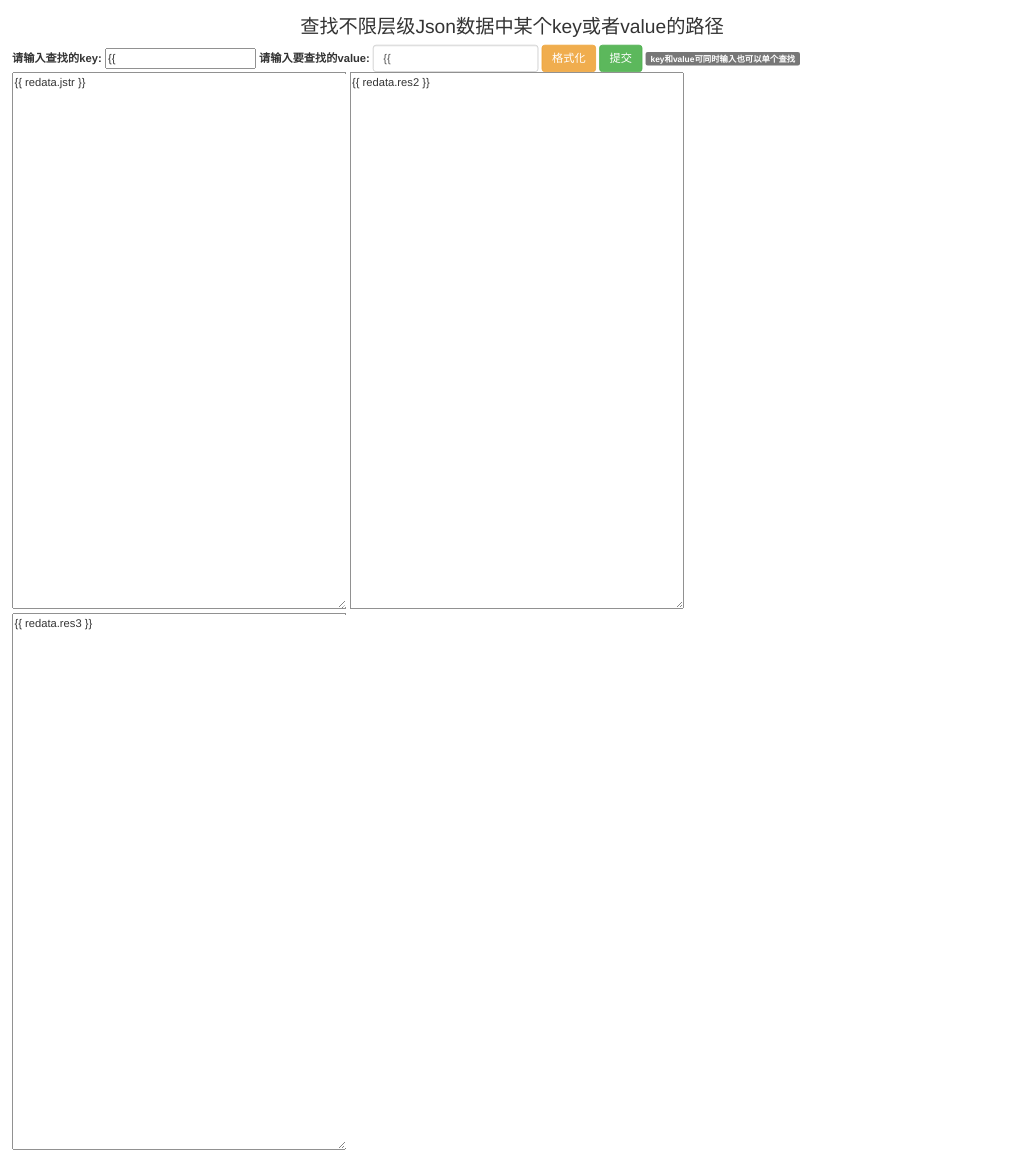
Repository: wangyanqing666/study
Page: other.html
The author's editor kept a copy of each file at every save. The page is drawn from the files as they stood at one save, then again after the next save.
The browser window is 1280 px wide. The pictures show the whole page, at 80% of full size.
Some web libraries are served in a nearby version.

Above is the page before, as saved 2020-12-03 11:19:47.

### other.html
<!DOCTYPE html>
<html lang="en">

<head>

    <head>

        <meta charset="UTF-8">
        <meta name="viewport" content="width=device-width, initial-scale=1,maximum-scale=1, user-scalable=no">
        <title>jean同步配置</title>
        <link rel="stylesheet" href="https://cdn.staticfile.org/twitter-bootstrap/3.3.7/css/bootstrap.min.css">
        <script src="https://cdn.staticfile.org/jquery/2.1.1/jquery.min.js"></script>
        <script src="https://cdn.staticfile.org/twitter-bootstrap/3.3.7/js/bootstrap.min.js"></script>
    </head>

<body>
    <h3 class="text-center">查找不限层级Json数据中某个key或者value的路径</h3>

    <div class="container-fluid">

        <form class="form-inline" action="/formit" method="POST">

            <div class="form-group">
                <label>请输入查找的key: </label>

                <input class="form-group" type="text" id="key" name="key" value={{ redata.key }}>
            </div>

            <div class="form-group">
                <label>请输入要查找的value: </label>
                <input class="form-control" type="text" id="key1" name="key1" value={{ redata.value }}>
                <button type="button" class="btn btn-warning" id="formatting" onclick="beautify();">格式化</button>
                <input type="submit" class="btn btn-success" value="提交">
                <span class="label label-default">key和value可同时输入也可以单个查找</span>



            </div>


            <div class="form-group">

                <textarea class="column " style="height: 671px; width: 418px;" id="editor1"
                    placeholder="给一个JSON字符串，然后会自动格式化" spellcheck="false" name="jstr">{{ redata.jstr }}</textarea>
                <textarea id="editor2" style="height: 671px; width: 418px;" class="clumn " placeholder="key值"
                    name="jstr1">{{ redata.res2 }}</textarea>
                <textarea id="editor3" style="height: 671px; width: 418px;" class="clumn " placeholder="value值"
                    name="jstr2">{{ redata.res3 }}</textarea>
            </div>


        </form>
    </div>









</body>

</html>

After the next save:
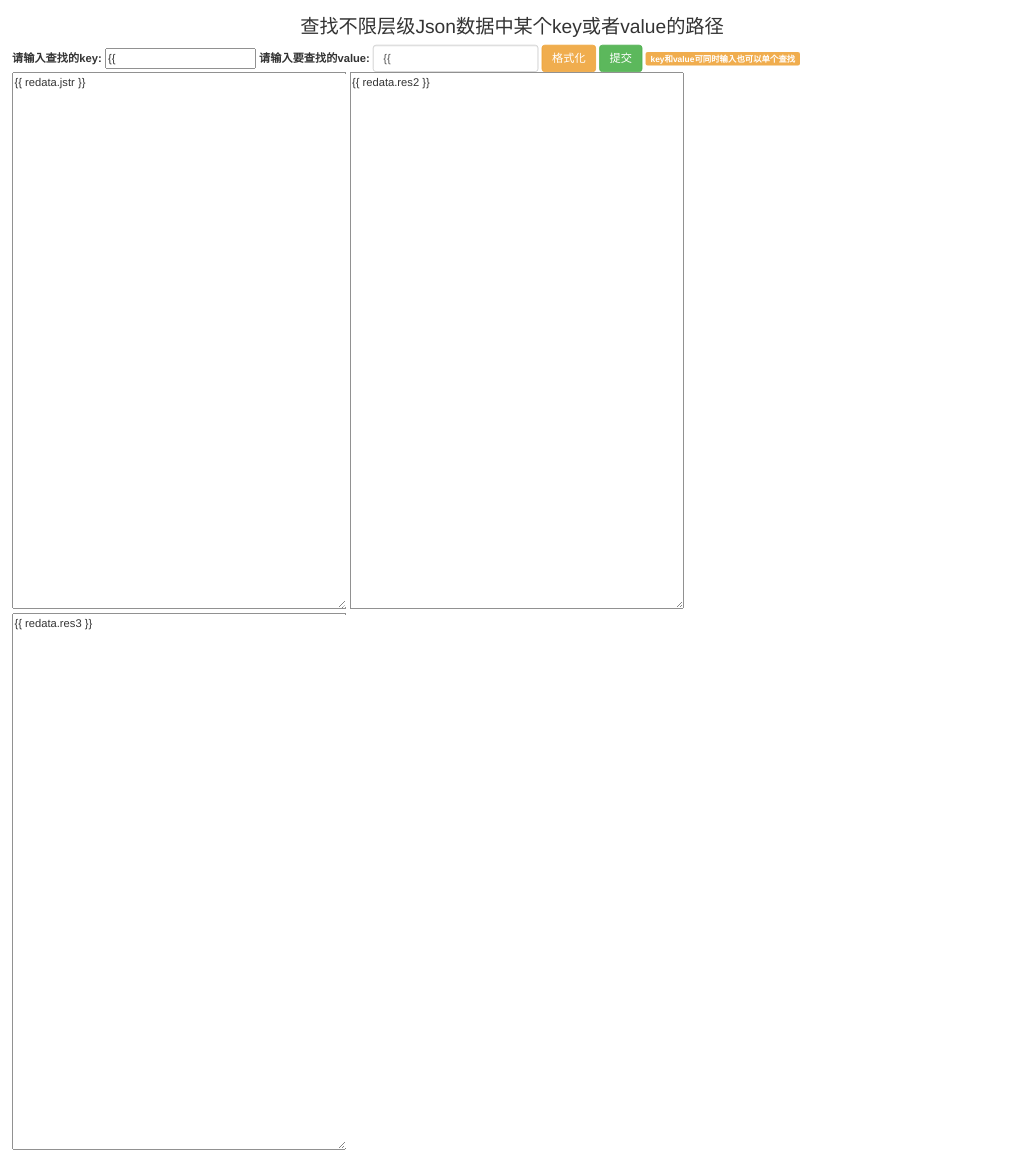
Saved 33 s later.
--- a/other.html
+++ b/other.html
@@ -31,7 +31,7 @@
                 <input class="form-control" type="text" id="key1" name="key1" value={{ redata.value }}>
                 <button type="button" class="btn btn-warning" id="formatting" onclick="beautify();">格式化</button>
                 <input type="submit" class="btn btn-success" value="提交">
-                <span class="label label-default">key和value可同时输入也可以单个查找</span>
+                <span class="label label-warning">key和value可同时输入也可以单个查找</span>
 
 
 
